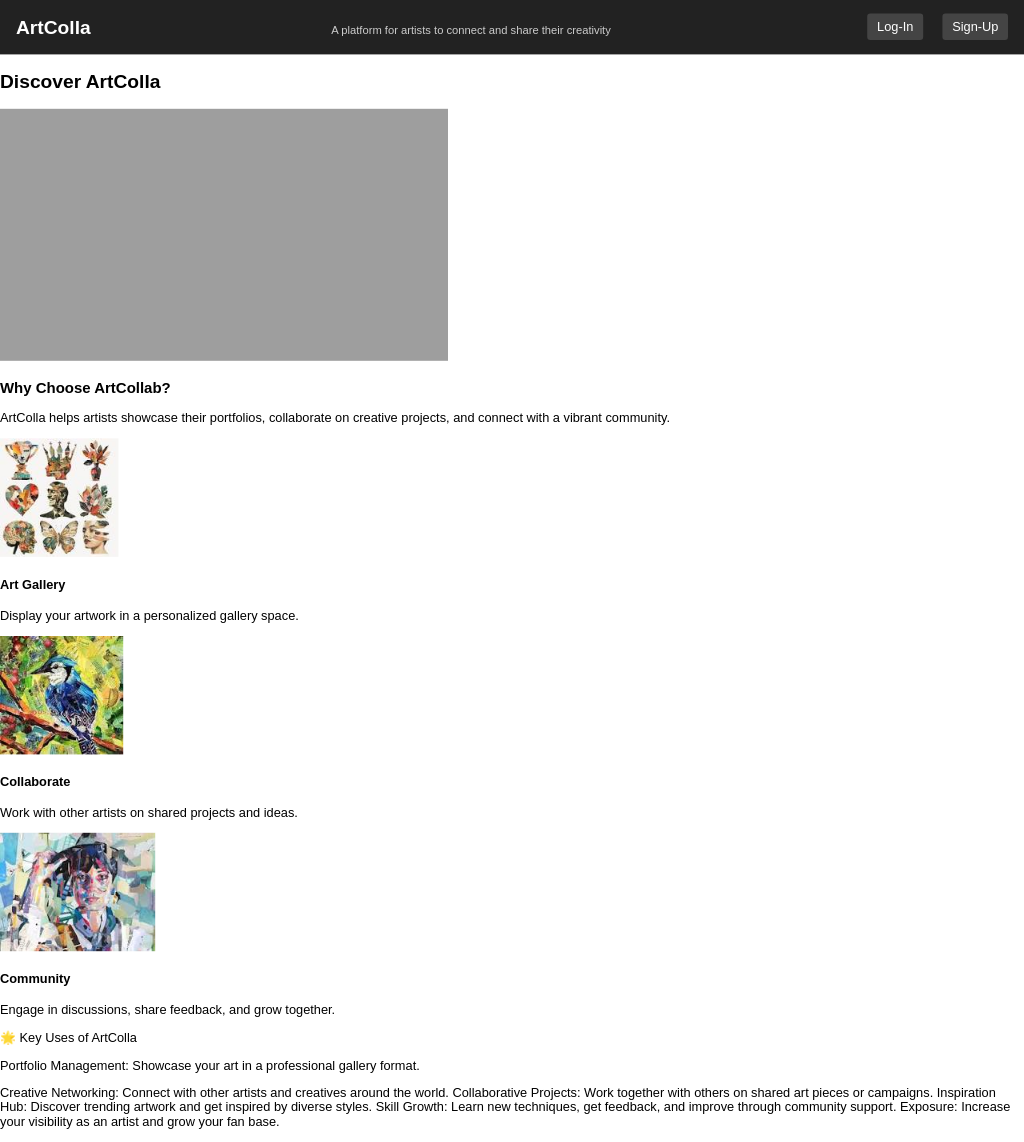
Repository: jeevanReddyP/ArtCollab_App
Page: index.html
An editor plug-in stored every save of this project. The page is shown before and after the next save, followed by the edit.
The browser window is 1280 px wide. The pictures show the whole page, at 80% of full size.
Pictures or frames that could not be fetched are drawn as grey boxes.

Above is the page before, as saved 2025-06-11 16:36:16.

After the next save:
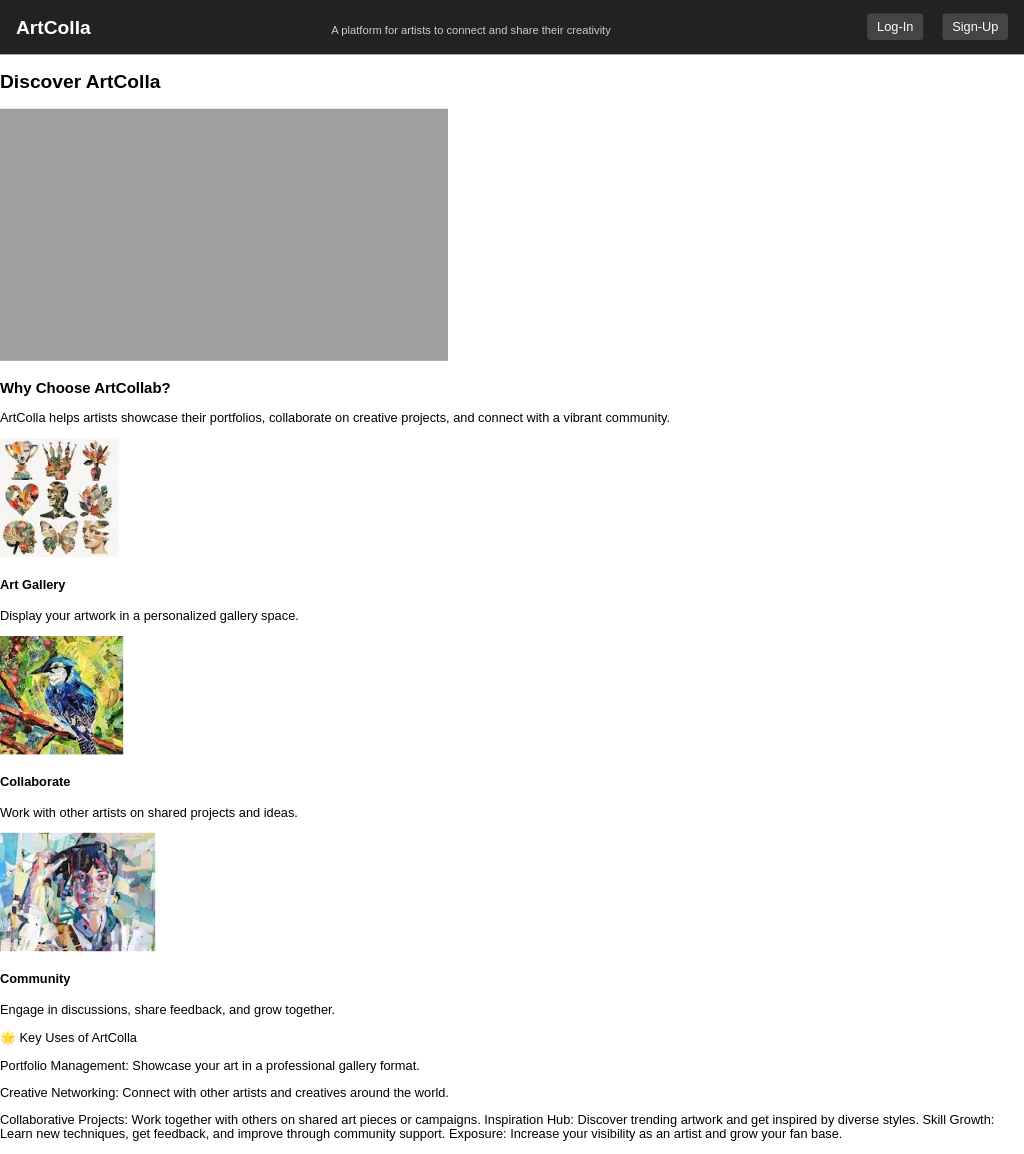
Saved 9 s later.
--- a/index.html
+++ b/index.html
@@ -55,7 +55,7 @@
     🌟 Key Uses of ArtColla
 <p>Portfolio Management: Showcase your art in a professional gallery format.</p>
 
-Creative Networking: Connect with other artists and creatives around the world.
+<p>Creative Networking: Connect with other artists and creatives around the world.</p>
 
 Collaborative Projects: Work together with others on shared art pieces or campaigns.
 
